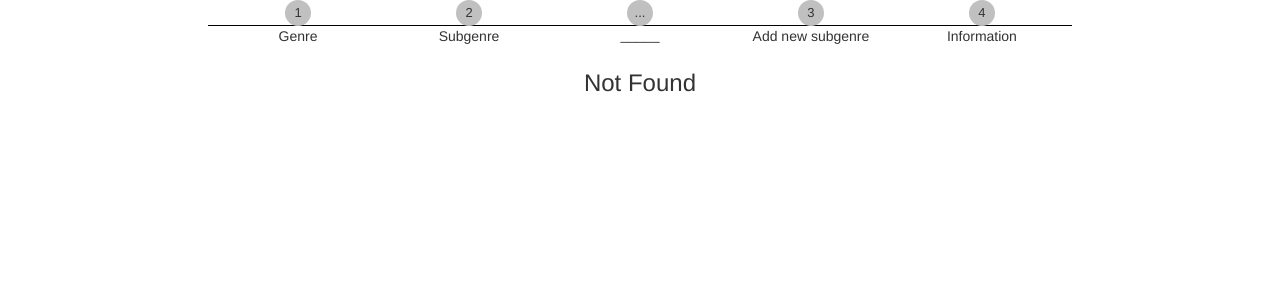
Repository: GregorPiev/angularjs-add-book
Page: index.html
An editor plug-in stored every save of this project. The page is shown before and after the next save, followed by the edit.
The browser window is 1280 px wide. The pictures show the whole page.

Above is the page before, as saved 2020-09-23 21:46:15.

After the next save:
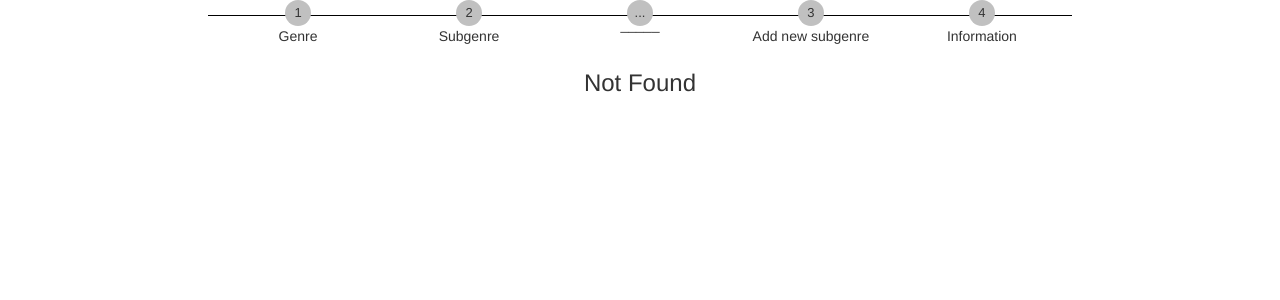
Saved 25 s later.
--- a/app/style/style.css
+++ b/app/style/style.css
@@ -74,6 +74,6 @@ label.check {
   height: 1px;
   background-color: black;
   left: 0;
-  top: 25px;
+  top: 15px;
   z-index: 1;
 }
